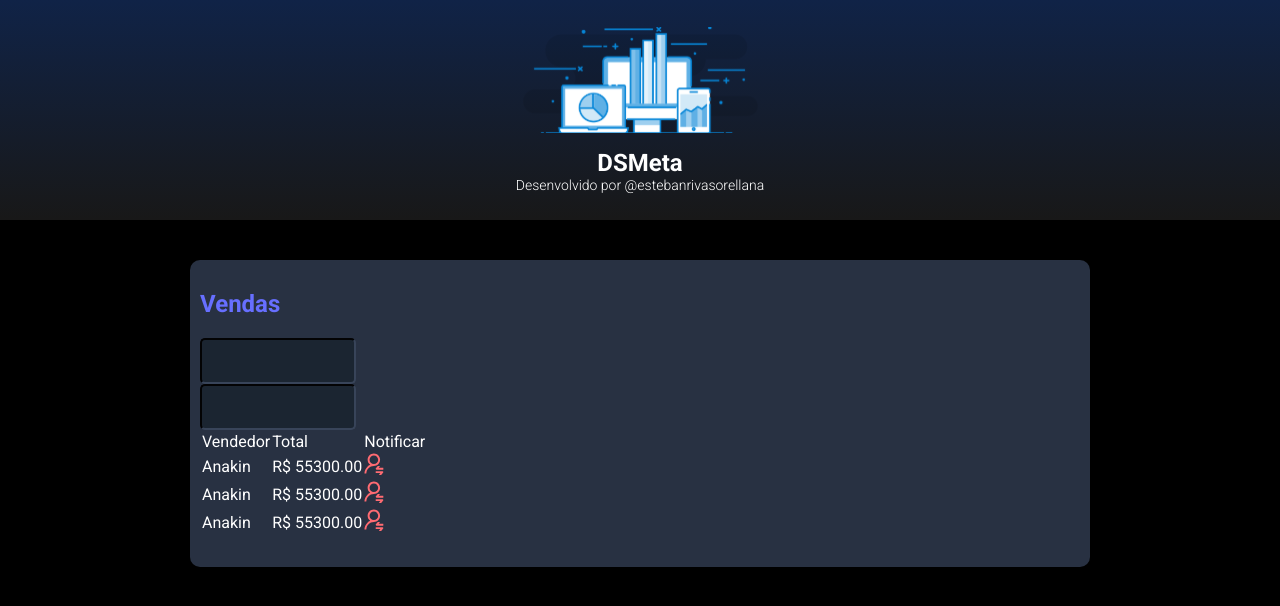
Repository: estebanrivas/dsmeta-css
Page: index.html
An editor plug-in stored every save of this project. The page is shown before and after a run of saves, followed by the edit.
The browser window is 1280 px wide. The pictures show the whole page.

Above is the page before, as saved 2022-09-08 21:49:25.

### index.html
<!DOCTYPE html>
<html lang="en">

<head>
    <meta charset="UTF-8">
    <meta http-equiv="X-UA-Compatible" content="IE=edge">
    <meta name="viewport" content="width=device-width, initial-scale=1.0">
    <title>DSMeta</title>

    <link rel="stylesheet" href="css/styles.css">
</head>

<body>
    <header>
        <div class="dsmeta-logo-container">
            <img src="images/logo.svg" alt="DSMeta">
            <h1>DSMeta</h1>
            <p>Desenvolvido por
                <a href="https://www.instagram.com/estebanrivasorellana/">@estebanrivasorellana</a>
            </p>
        </div>
    </header>

    <main>
        <section id="sales">
            <div class="dsmeta-container">
                <div class="dsmeta-card">
                    <h2 class="dsmeta-sales-title">Vendas</h2>

                    <div>
                        <div>
                            <input class="dsmeta-form-control" type="text">
                        </div>
                        <div>
                            <input class="dsmeta-form-control" type="text">
                        </div>
                    </div>

                    <div>
                        <table>
                            <thead>
                                <tr>
                                    <td>Vendedor</td>
                                    <td>Total</td>
                                    <td>Notificar</td>
                                </tr>
                            </thead>
                            <tbody>
                                <tr>
                                    <td>Anakin</td>
                                    <td>R$ 55300.00</td>
                                    <td><img src="images/notification-icon.svg" alt="Notificar"></td>
                                </tr>
                                <tr>
                                    <td>Anakin</td>
                                    <td>R$ 55300.00</td>
                                    <td><img src="images/notification-icon.svg" alt="Notificar"></td>
                                </tr>
                                <tr>
                                    <td>Anakin</td>
                                    <td>R$ 55300.00</td>
                                    <td><img src="images/notification-icon.svg" alt="Notificar"></td>
                                </tr>
                            </tbody>
                        </table>
                    </div>
                </div>
            </div>
        </section>
    </main>


</body>

</html>

### css/styles.css
@import url("https://fonts.googleapis.com/css2?family=Roboto:wght@300;400;700&display=swap");

* {
  font-family: "Roboto", sans-serif;
  box-sizing: border-box;
  margin: 0;
  padding: 0;
}

body,
html {
  background-color: #000;
  color: #fff;
}

a,
a:hover,
a:visited {
  color: unset;
  text-decoration: none;
}

header {
  height: 220px;
  background: linear-gradient(180deg, #102347 0%, #181818 100%);
  display: flex;
  align-items: center;
  justify-content: center;
}

.dsmeta-logo-container {
  display: flex;
  flex-direction: column;
  align-items: center;
}

.dsmeta-logo-container img {
  width: 235px;
}

.dsmeta-logo-container h1 {
  padding-top: 15px;
  font-size: 24px;
}

.dsmeta-logo-container p {
  font-size: 14px;
  font-weight: 300;
}

#sales {
  padding: 40px 10px;

}

.dsmeta-container {
  width: 100%;
  max-width: 900px;
  margin: 0 auto;
}

.dsmeta-card {
  background-color: #283142;
  border-radius: 10px;
  padding: 30px 10px;
}

.dsmeta-form-control{
    height: 46px;
    background-color: #1B2531;
    border-color: #384459;
    border-radius: 5px;

}

.dsmeta-sales-title{
    color: #676FFF;
    font-size: 24px;
    margin-bottom: 20px;
}

After the next 2 saves:
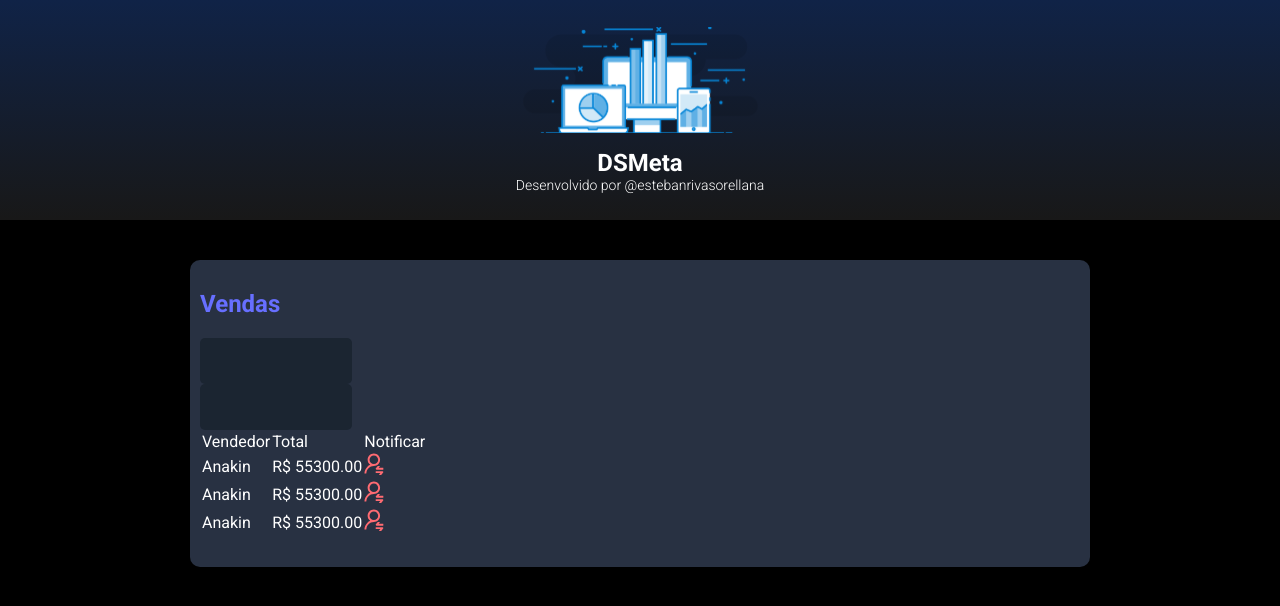
The 2 saves are shown as one change because they came seconds apart.
The last was saved 55 s later.
--- a/css/styles.css
+++ b/css/styles.css
@@ -68,6 +68,7 @@ header {
 .dsmeta-form-control{
     height: 46px;
     background-color: #1B2531;
+    border: 1px;
     border-color: #384459;
     border-radius: 5px;
 
